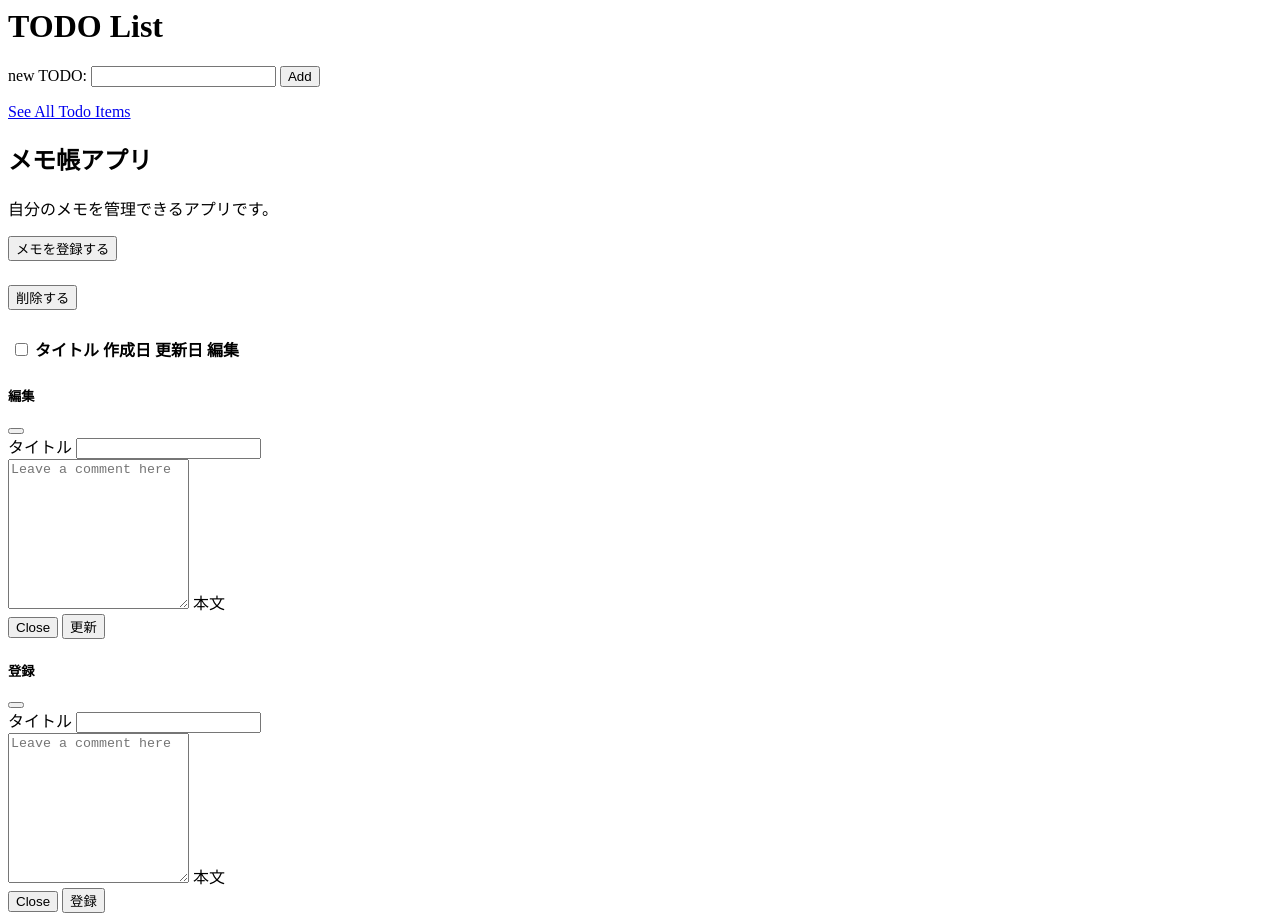
Repository: Katsu-Shunsuke/todo_flask
Page: http://localhost/
The author's editor kept a record of every edit. The page is drawn from the files as they stood at one moment, then again after the next edit.
The browser window is 1280 px wide. The pictures show the whole page.
The page is served by the project's application, run on Flask 3 (main.py).

Above is the page before.

### templates/index.html
<html>
    <body>
        <h1>TODO List</h1>
        <form method="POST", action="/append">
            new TODO: <input type="text" name="message">
            <input type="submit" value="Add">
        </form>
        <a href="/append">See All Todo Items</a>
    </body>
</html>

<!doctype html>
<html lang="en">

<body>
    <div>
        <h2>メモ帳アプリ</h3>
            <p>自分のメモを管理できるアプリです。</p>
    </div>
    <div style="padding-bottom: 24px;">
        <button id="id-add-button" class="btn btn-primary">メモを登録する</button>
    </div>
    <div>
        <div style="padding-bottom: 24px;">
            <button id="id-delete-button" class="btn btn-secondary">削除する</button>
        </div>
        <table class="table table-hover">
            <thead>
                <tr>
                    <th scope="col"><input type="checkbox" id="id-delete-all-memos"></th>
                    <th scope="col">タイトル</th>
                    <th scope="col">作成日</th>
                    <th scope="col">更新日</th>
                    <th scope="col">編集</th>
                </tr>
            </thead>
            <tbody id="id-memo-list">
            </tbody>
        </table>


        <div class="modal fade" id="editModal" tabindex="-1" aria-labelledby="editModalLabel" aria-hidden="true">
            <div class="modal-dialog">
                <div class="modal-content">
                    <div class="modal-header">
                        <h5 class="modal-title" id="editModalLabel">編集</h5>
                        <button type="button" class="btn-close" data-bs-dismiss="modal" aria-label="Close"></button>
                    </div>
                    <div class="modal-body">
                        <div id="id-validation-error-in-edit-modal" class="alert alert-danger" style="display:none;"
                            role="alert">
                        </div>
                        <div class="input-group mb-3">
                            <span class="input-group-text" id="inputGroup-sizing-default">タイトル</span>
                            <input type="text" id="id-modal-title" class="form-control"
                                aria-label="Sizing example input" aria-describedby="inputGroup-sizing-default">
                            <input type="hidden" id="id-memo-id">
                        </div>
                        <div class="form-floating">
                            <textarea class="form-control" style="height: 150px;" placeholder="Leave a comment here"
                                id="id-modal-body"></textarea>
                            <label for="id-modal-body">本文</label>
                        </div>
                    </div>
                    <div class="modal-footer">
                        <button type="button" class="btn btn-secondary" data-bs-dismiss="modal">Close</button>
                        <button type="button" id="id-update-button" class="btn btn-primary">更新</button>
                    </div>
                </div>
            </div>
        </div>

        <div class="modal fade" id="id-add-modal" tabindex="-1" aria-labelledby="editModalLabel" aria-hidden="true">
            <div class="modal-dialog">
                <div class="modal-content">
                    <div class="modal-header">
                        <h5 class="modal-title" id="id-add-modal-label">登録</h5>
                        <button type="button" class="btn-close" data-bs-dismiss="modal" aria-label="Close"></button>
                    </div>
                    <div class="modal-body">
                        <div id="id-validation-error-in-add-modal" class="alert alert-danger" style="display:none;"
                            role="alert">
                        </div>
                        <div class="input-group mb-3">
                            <span class="input-group-text" id="inputGroup-sizing-default">タイトル</span>
                            <input type="text" id="id-add-modal-title" class="form-control"
                                aria-label="Sizing example input" aria-describedby="inputGroup-sizing-default">
                        </div>
                        <div class="form-floating">
                            <textarea class="form-control" style="height: 150px;" placeholder="Leave a comment here"
                                id="id-add-modal-body"></textarea>
                            <label for="id-add-modal-body">本文</label>
                        </div>
                    </div>
                    <div class="modal-footer">
                        <button type="button" class="btn btn-secondary" data-bs-dismiss="modal">Close</button>
                        <button type="button" id="id-add-modal-button" class="btn btn-primary">登録</button>
                    </div>
                </div>
            </div>
        </div>
    </div>
    <script src="https://cdn.jsdelivr.net/npm/bootstrap@5.1.0/dist/js/bootstrap.bundle.min.js"
        integrity="sha384-U1DAWAznBHeqEIlVSCgzq+c9gqGAJn5c/t99JyeKa9xxaYpSvHU5awsuZVVFIhvj"
        crossorigin="anonymous"></script>
</body>

### main.py
from flask import Flask, request, render_template, redirect

app = Flask(__name__)
data = []

@app.route('/')
def index():
    return render_template('index.html', todo_list=data)


@app.route('/append', methods=['GET', 'POST'])
def append():
    if request.method == 'POST':
        new = request.form['message']
        if new in data:
            print('既に存在しています')
        else:
            data.append(new)
        return render_template('index.html', todo_list=data)

@app.route('/delete', methods=['POST'])
def delete_item():
    item = request.form['item']
    if item in data:
        data.remove(item)
    return redirect('/')

if __name__ == '__main__':
    app.run(port=8080, debug=True)

After the next edit:
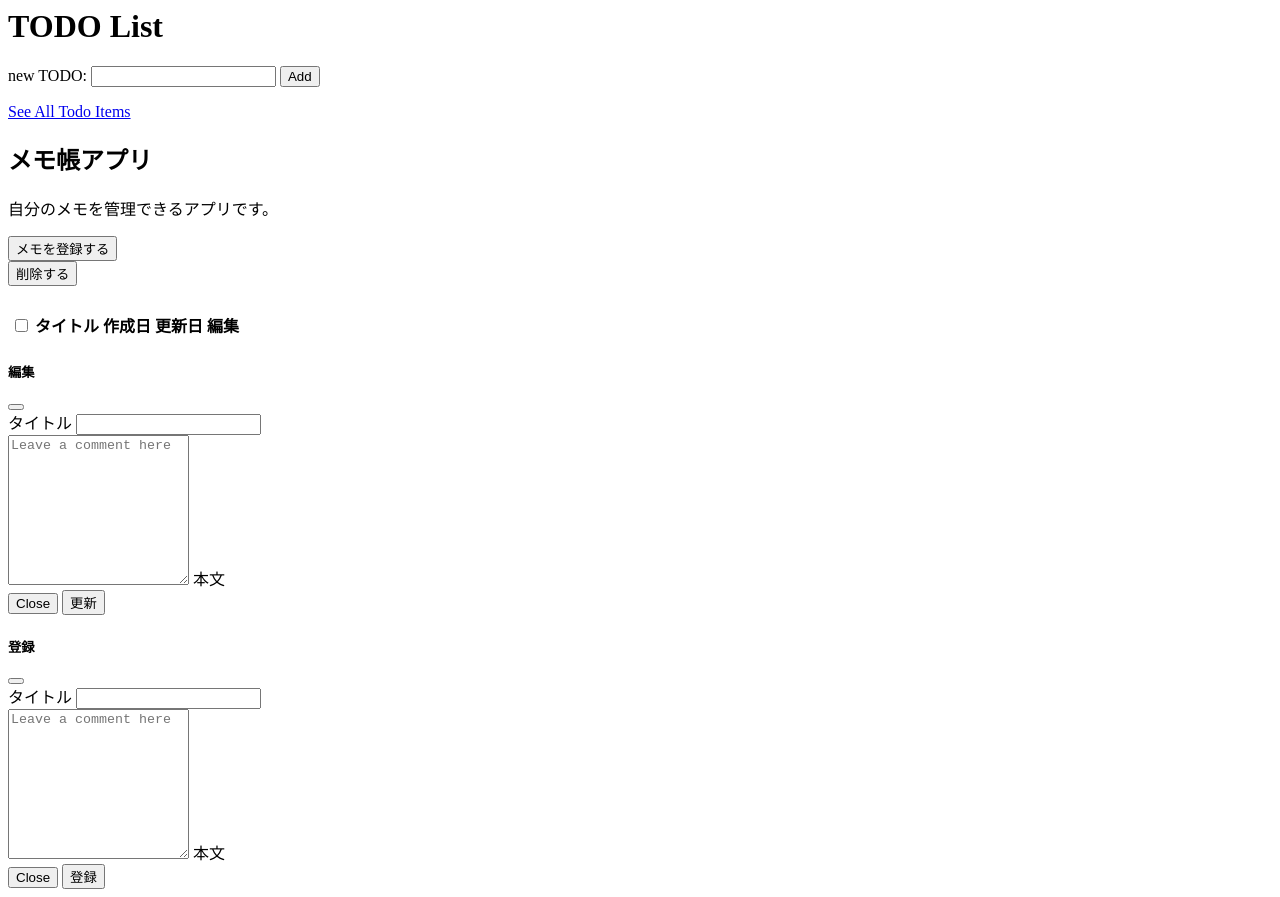
The edit:
--- a/templates/index.html
+++ b/templates/index.html
@@ -17,7 +17,7 @@
         <h2>メモ帳アプリ</h3>
             <p>自分のメモを管理できるアプリです。</p>
     </div>
-    <div style="padding-bottom: 24px;">
+    <div>
         <button id="id-add-button" class="btn btn-primary">メモを登録する</button>
     </div>
     <div>
